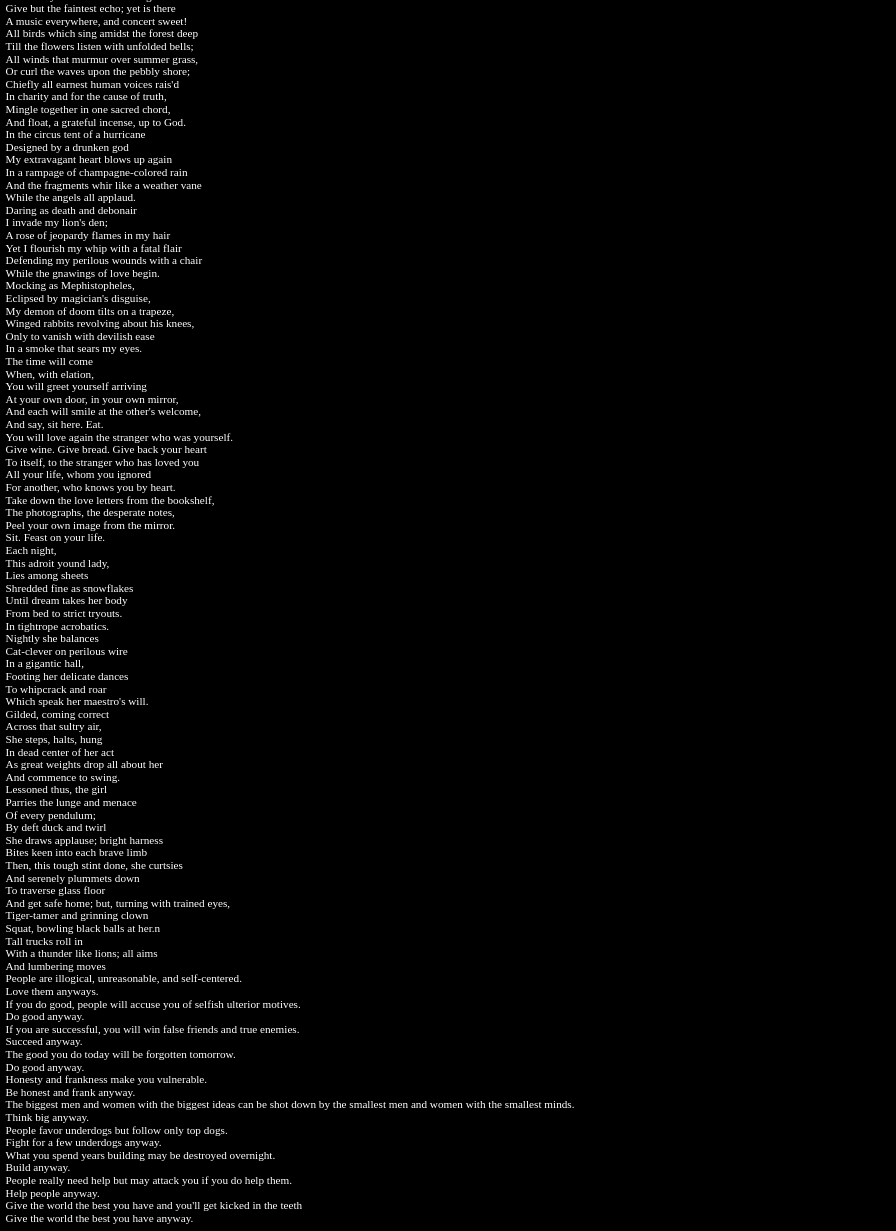
Repository: ConnyPinto/connypinto.github.io
Page: lab/random/index.html
The author's editor kept a record of every edit. The page is drawn from the files as they stood at one moment, then again after the next edit.
The browser window is 1280 px wide. The pictures show the part of the page from y = 2398 to 4318 px (the page is 4156 px tall before and 4318 px after), at 70% of full size.
Some web libraries are served in a nearby version.

Above is the page before.

### lab/random/index.html
<html>

<head>

                <title>Random Generator</title>
                <link rel="stylesheet" href="index.css" type="text/css" />
                <script src="//ajax.googleapis.com/ajax/libs/jquery/2.1.3/jquery.min.js"></script>
                <script type="text/javascript" src="index.js"></script>

</head>

<body>


        <div class="wrapper">

                <!--Life Poems-->

                        <div class="words life"> Though all the fates should prove unkind,</div>

                        <div class="words life"> Leave not your native land behind.</div>

                        <div class="words life"> The ship, bacalmed, at stands stils;</div>

                        <div class="words life"> The steed must rest beneath the hill;</div>

                        <div class="words life"> But swiftly still out fortunes pace.</div>

                        <div class="words life"> The vessel, though her masts be firms,</div>

                        <div class="words life"> Beneath her copper bears a worm;</div>

                        <div class="words life"> Around the cape, across the line</div>

                        <div class="words life"> Till fields of ice her course confine;</div>

                        <div class="words life"> It matters not how smooth the breeze,</div>

                        <div class="words life"> How shallow or how deep the seas, </div>

                        <div class="words life"> Whether she bears Manilla twine,</div>

                        <div class="words life"> Or in her hold Madeira wine,</div>

                        <div class="words life"> Or China teas, or Spanish hides,</div>

                        <div class="words life"> In port or quarantine she rides;</div>

                        <div class="words life"> Far from New England's blustering shore,</div>

                        <div class="words life"> New England's worm her hulk shall bore,</div>

                        <div class="words life"> And sink her in the Indian seas,</div>

                        <div class="words life"> Twine, wine, and hides, and China teas.</div>



                        <div class="words life"> Flow down, cold rivulet, to the sea,</div>

                        <div class="words life"> Thy tribute wave deliver:</div>

                        <div class="words life"> No more by thee my steps shall be,</div>

                        <div class="words life"> For ever and for ever.<div>

                        <div class="words life"> Flow, softly flow, by lawn and lea,</div>

                        <div class="words life"> A rivulet then a river:</div>

                        <div class="words life"> Nowhere by thee my steps shall be</div>

                        <div class="words life"> For ever and for ever.<div>

                        <div class="words life"> But here will sigh thine alder tree</div>

                        <div class="words life">And here thine aspen shiver;</div>

                        <div class="words life">And here by thee will hum the bee,</div>

                        <div class="words life"> For ever and for ever.<div>

                        <div class="words life">A thousand suns will stream on thee,</div>

                        <div class="words life">A thousand moons will quiver;</div>

                        <div class="words life">But not by thee my steps shall be,</div>

                        <div class="words life"> For ever and for ever.<div>


                        <div class="words life">Never trust a white man,</div>

                        <div class="words life">Never kill a Jew,</div>

                        <div class="words life">Never sign a contract,</div>

                        <div class="words life">Never rent a pew.<div>

                        <div class="words life">Don't enlist in armies;</div>

                        <div class="words life">Nor marry many wives;</div>

                        <div class="words life">Never write for magazines;</div>

                        <div class="words life">Never scratch your hives.<div>

                        <div class="words life">Always put paper on the seat,</div>

                        <div class="words life">Don't believe in wars,</div>

                        <div class="words life">Keep yourself both clean and neat,</div>

                        <div class="words life">Never marry whores.<div>

                        <div class="words life">Never pay a blackmailer,</div>

                        <div class="words life">Never go to law,</div>

                        <div class="words life">Never trust a publisher,</div>

                        <div class="words life">Or you'll sleep on straw.<div>

                        <div class="words life">All your friends will leave you</div>

                        <div class="words life">All your friends will die</div>

                        <div class="words life">So lead a clean and wholesome life</div>

                        <div class="words life">And join them in the sky.<div>



                        <div class="words life">I hear America singing, the varied carols I hear,</div>

                        <div class="words life">Those of mechanics, each one singing his as it should be blithe and strong,</div>

                        <div class="words life">The carpenter singing his as he measures his plank or beam,<div>

                        <div class="words life">The mason singing his as he makes ready for work, or leaves off work,</div>

                        <div class="words life">The boatman singing what belongs to him in his boat</div>

                        <div class="words life">the deckhand singing on the steamboat deck,</div>

                        <div class="words life">The shoemaker singing as he sits on his bench,<div>

                        <div class="words life">The hatter singing as he stands,</div>

                        <div class="words life">The wood-cutter's song,</div>

                        <div class="words life">The ploughboy's on his way in the morning,t sundown,<div>

                        <div class="words life">At noon intermission,</div>

                        <div class="words life">The delicious singing of the mother,</div>

                        <div class="words life">The young wife at work,</div>

                        <div class="words life">The girl sewing or washing,<div>

                        <div class="words life">Each singing what belongs to him or her and to none else,</div>

                        <div class="words life">The day what belongs to the day -</div>

                        <div class="words life">At night the party of young fellows, robust, friendly,</div>

                        <div class="words life">Singing with open mouths their strong melodious songs.<div>



                        <div class="words life">All the world's a stage,</div>

                        <div class="words life">And all the men and women merely players:</div>

                        <div class="words life">They have their exits and their entrances;</div>

                        <div class="words life">And one man in his time plays many parts,<div>

                        <div class="words life">His acts being seven ages. At first, the infant,</div>

                        <div class="words life">Mewling and puking in the nurse's arms.</div>

                        <div class="words life">And then the whining school-boy, with his satchel</div>

                        <div class="words life">And shining morning face, creeping like snail<div>

                        <div class="words life">Unwillingly to school. And then the lover,</div>

                        <div class="words life">Sighing like furnace, with a woeful ballad:</div>

                        <div class="words life">Made to his mistress' eyebrow. Then a soldier,</div>

                        <div class="words life">Full of strange oaths and bearded like the pard,<div>

                        <div class="words life">Jealous in honour, sudden and quick in quarrel,</div>

                        <div class="words life">Seeking the bubble reputation</div>

                        <div class="words life">Even in the cannon's mouth. And then the justice,</div>

                        <div class="words life">In fair round belly with good capon lined,<div>

                        <div class="words life">With eyes severe and beard of formal cut,</div>

                        <div class="words life">Full of wise saws and modern instances;</div>

                        <div class="words life">And so he plays his part. The sixth age shifts<div>

                        <div class="words life">Into the lean and slipper'd pantaloon,</div>

                        <div class="words life">With spectacles on nose and pouch on side,</div>

                        <div class="words life">His youthful hose, well saved, a world too wide</div>

                        <div class="words life">For his shrunk shank; and his big manly voice,<div>

                        <div class="words life">Turning again toward childish treble, pipes</div>

                        <div class="words life">And whistles in his sound.</div>

                        <div class="words life">Last scene of all,</div>

                        <div class="words life">That ends this strange eventful history,</div>

                        <div class="words life">Is second childishness and mere oblivion,<div>

                        <div class="words life">Sans teeth, sans eyes, sans taste, sans everything.<div>



                        <div class="words life">God grant a blessing on this tower and cottage</div>

                        <div class="words life">And on my heirs, if all remain unspoiled,</div>

                        <div class="words life">No table or chair or stool not simple enough</div>

                        <div class="words life">For shepherd lads in Galilee; and grant<div>

                        <div class="words life">That I myself for portions of the year</div>

                        <div class="words life">May handle nothing and set eyes on nothing</div>

                        <div class="words life">But what the great and passionate have useddiv>

                        <div class="words life">Throughout so many varying centuries</div>

                        <div class="words life">We take it for the norm;</div>

                        <div class="words life">Yet should I dream</div>

                        <div class="words life">Sinbad the sailor's brought a painted chest,<div>

                        <div class="words life">Or image, from beyond the Loadstone Mountain,</div>

                        <div class="words life">That dream is a norm;</div>

                        <div class="words life">And should some limb of the Devil</div>

                        <div class="words life">Destroy the view by cutting down an ash</div>

                        <div class="words life">That shades the road, or setting up a cottage<div>

                        <div class="words life">Planned in a government office,<div>

                        <div class="words life">Shorten his life,<div>

                        <div class="words life">Manacle his soul upon the Red Sea bottom.<div>



                        <div class="words life">Some say the world will end in fire,</div>

                        <div class="words life">Some say in ice</div>

                        <div class="words life">From what I've tasted of desire<div>

                        <div class="words life">I hold with those who favor fire.</div>

                        <div class="words life">But if it had to perish twice,</div>

                        <div class="words life">I think I know enough of hate</div>

                        <div class="words life">To say that for destruction ice</div>

                        <div class="words life">Is also great<div>

                        <div class="words life">And would suffice.<div>



                        <div class="words life">Sweet melody amidst the moving spheres</div>

                        <div class="words life">Breaks forth, a solemn and entrancing sound,</div>

                        <div class="words life">A harmony whereof the earth's green hills<div>

                        <div class="words life">Give but the faintest echo; yet is there</div>

                        <div class="words life">A music everywhere, and concert sweet!</div>

                        <div class="words life">All birds which sing amidst the forest deep</div>

                        <div class="words life">Till the flowers listen with unfolded bells;</div>

                        <div class="words life">All winds that murmur over summer grass,<div>

                        <div class="words life">Or curl the waves upon the pebbly shore;<div>

                        <div class="words life">Chiefly all earnest human voices rais'd</div>

                        <div class="words life">In charity and for the cause of truth,</div>

                        <div class="words life">Mingle together in one sacred chord,<div>

                        <div class="words life">And float, a grateful incense, up to God.<div>




                        <div class="words life">In the circus tent of a hurricane</div>

                        <div class="words life">Designed by a drunken god</div>

                        <div class="words life">My extravagant heart blows up again<div>

                        <div class="words life">In a rampage of champagne-colored rain</div>

                        <div class="words life">And the fragments whir like a weather vane</div>

                        <div class="words life">While the angels all applaud.</div>

                        <div class="words life">Daring as death and debonair</div>

                        <div class="words life">I invade my lion's den;<div>

                        <div class="words life">A rose of jeopardy flames in my hair<div>

                        <div class="words life">Yet I flourish my whip with a fatal flair</div>

                        <div class="words life">Defending my perilous wounds with a chair</div>

                        <div class="words life">While the gnawings of love begin.<div>

                        <div class="words life">Mocking as Mephistopheles,<div>

                        <div class="words life">Eclipsed by magician's disguise,<div>

                        <div class="words life">My demon of doom tilts on a trapeze,</div>

                        <div class="words life">Winged rabbits revolving about his knees,</div>

                        <div class="words life">Only to vanish with devilish ease<div>

                        <div class="words life">In a smoke that sears my eyes.<div>



                        <div class="words life">The time will come</div>

                        <div class="words life">When, with elation,<div>

                        <div class="words life">You will greet yourself arriving<div>

                        <div class="words life">At your own door, in your own mirror,</div>

                        <div class="words life">And each will smile at the other's welcome,</div>

                        <div class="words life">And say, sit here. Eat.<div>

                        <div class="words life">You will love again the stranger who was yourself.<div>

                        <div class="words life">Give wine. Give bread. Give back your heart<div>

                        <div class="words life">To itself, to the stranger who has loved you</div>

                        <div class="words life">All your life, whom you ignored</div>

                        <div class="words life">For another, who knows you by heart.<div>

                        <div class="words life">Take down the love letters from the bookshelf,<div>

                        <div class="words life">The photographs, the desperate notes,</div>

                        <div class="words life">Peel your own image from the mirror.<div>

                        <div class="words life">Sit. Feast on your life.<div>



                        <div class="words life">Each night,</div>

                        <div class="words life">This adroit yound lady,<div>

                        <div class="words life">Lies among sheets<div>

                        <div class="words life">Shredded fine as snowflakes</div>

                        <div class="words life">Until dream takes her body</div>

                        <div class="words life">From bed to strict tryouts.<div>

                        <div class="words life">In tightrope acrobatics.<div>

                        <div class="words life">Nightly she balances<div>

                        <div class="words life">Cat-clever on perilous wire</div>

                        <div class="words life">In a gigantic hall,</div>

                        <div class="words life">Footing her delicate dances<div>

                        <div class="words life">To whipcrack and roar<div>

                        <div class="words life">Which speak her maestro's will.</div>

                        <div class="words life">Gilded, coming correct<div>

                        <div class="words life">Across that sultry air,</div>

                        <div class="words life">She steps, halts, hung</div>

                        <div class="words life">In dead center of her act<div>

                        <div class="words life">As great weights drop all about her<div>

                        <div class="words life">And commence to swing.</div>

                        <div class="words life">Lessoned thus, the girl</div>

                        <div class="words life">Parries the lunge and menace<div>

                        <div class="words life">Of every pendulum;<div>

                        <div class="words life">By deft duck and twirl<div>

                        <div class="words life">She draws applause; bright harness</div>

                        <div class="words life">Bites keen into each brave limb</div>

                        <div class="words life">Then, this tough stint done, she curtsies</div>

                        <div class="words life">And serenely plummets down<div>

                        <div class="words life">To traverse glass floor</div>

                        <div class="words life">And get safe home; but, turning with trained eyes,<div>

                        <div class="words life">Tiger-tamer and grinning clown</div>

                        <div class="words life">Squat, bowling black balls at her.n<div>

                        <div class="words life">Tall trucks roll in</div>

                        <div class="words life">With a thunder like lions; all aims<div>

                        <div class="words life">And lumbering moves</div>



                        <div class="words life">People are illogical, unreasonable, and self-centered.<div>

                        <div class="words life">Love them anyways.<div>

                        <div class="words life">If you do good, people will accuse you of selfish ulterior motives.</div>

                        <div class="words life">Do good anyway.</div>

                        <div class="words life">If you are successful, you will win false friends and true enemies.<div>

                        <div class="words life">Succeed anyway.<div>

                        <div class="words life">The good you do today will be forgotten tomorrow.<div>

                        <div class="words life">Do good anyway.</div>

                        <div class="words life">Honesty and frankness make you vulnerable.</div>

                        <div class="words life">Be honest and frank anyway.</div>

                        <div class="words life">The biggest men and women with the biggest ideas can be shot
                                        down by the smallest men and women with the smallest minds. <div>

                        <div class="words life">Think big anyway.</div>

                        <div class="words life">People favor underdogs but follow only top dogs.<div>

                        <div class="words life">Fight for a few underdogs anyway.</div>

                        <div class="words life">What you spend years building may be destroyed overnight.<div>

                        <div class="words life">Build anyway.</div>

                        <div class="words life">People really need help but may attack you if you do help them.<div>

                        <div class="words life">Help people anyway.</div>

                        <div class="words life">Give the world the best you have and you'll get kicked in the teeth</div>

                        <div class="words life">Give the world the best you have anyway.<div>


             <!--Death Poems-->







        </div>
</body>

</html>

### lab/random/index.css
body{
    background-color:black;
}
.enter{
    color:white;
    font-size:26pt;
    font-family:"arial black";
}

.words{
    color:white;
}

.image{
    float:left;
}
.image-wrapper{
    margin-top:50%;


}

### lab/random/index.js
$(document).ready(function(){

      var generator= Math.floor(Math.random()*25);

      console.log(generator)

      $(".words").eq(generator).show();

  $("body").click(function(){

      $(".words").hide()

      var generator= Math.floor(Math.random()*25);

      console.log(generator)

      $(".words").eq(generator).show();

  });

});

After the next edit:
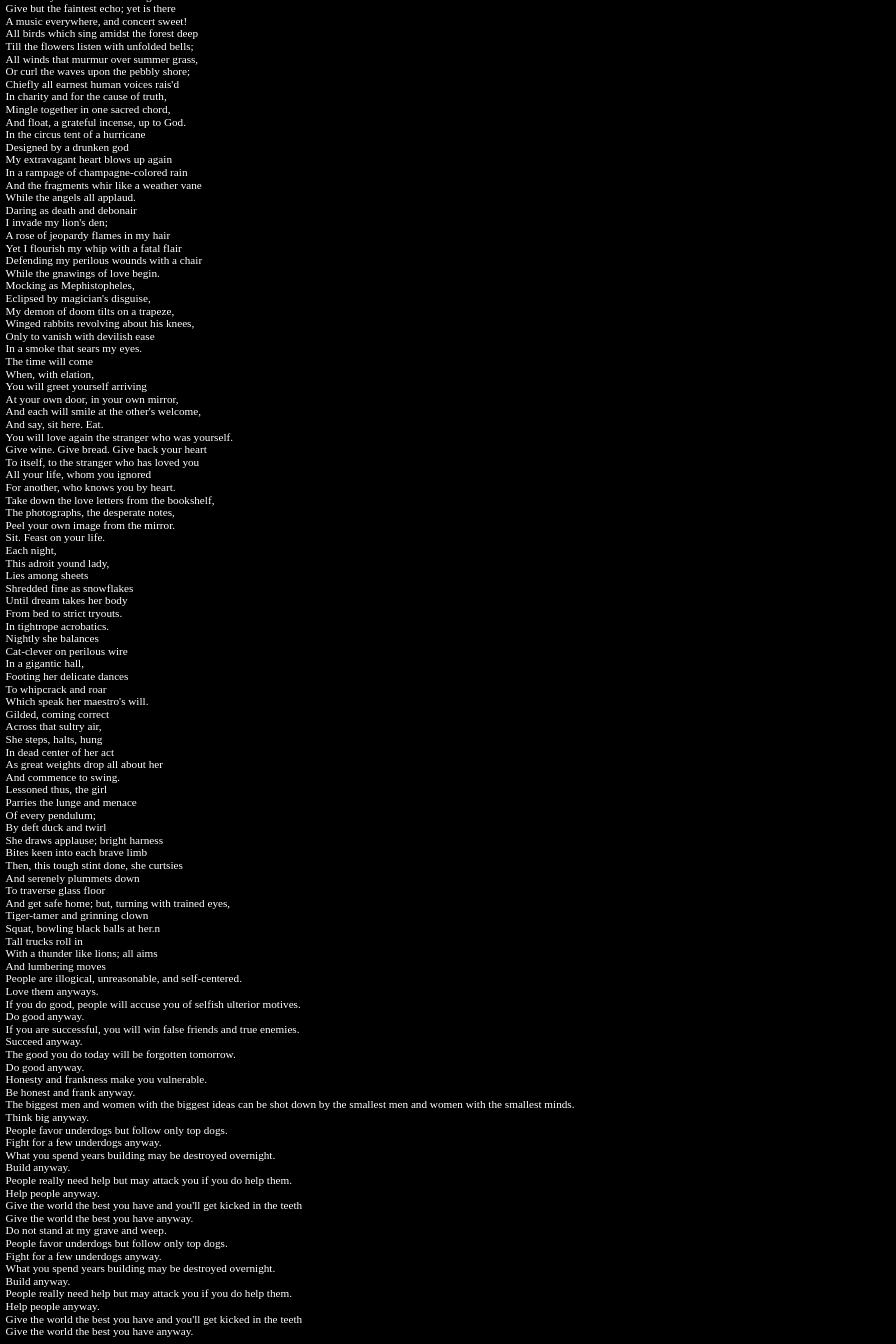
The edit:
--- a/lab/random/index.html
+++ b/lab/random/index.html
@@ -503,6 +503,24 @@
              <!--Death Poems-->
 
 
+                        <div class="words life">Do not stand at my grave and weep.</div>
+
+                        <div class="words life">People favor underdogs but follow only top dogs.<div>
+
+                        <div class="words life">Fight for a few underdogs anyway.</div>
+
+                        <div class="words life">What you spend years building may be destroyed overnight.<div>
+
+                        <div class="words life">Build anyway.</div>
+
+                        <div class="words life">People really need help but may attack you if you do help them.<div>
+
+                        <div class="words life">Help people anyway.</div>
+
+                        <div class="words life">Give the world the best you have and you'll get kicked in the teeth</div>
+
+                        <div class="words life">Give the world the best you have anyway.<div>
+
 
 
 
